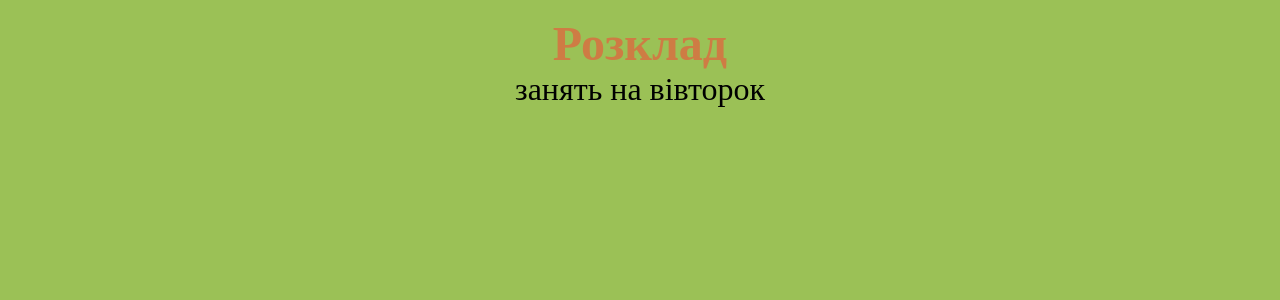
Repository: Undercat037/my-dotfiles
Page: my-files/VS-Code/index.html
An editor plug-in stored every save of this project. The page is shown before and after the next save, followed by the edit.
The browser window is 1280 px wide. The pictures show the whole page.

Above is the page before, as saved 2025-12-18 11:00:39.

### my-files/VS-Code/index.html
<!DOCTYPE html>
<html>
    <head>
        <title>Шкільний файл HTML</title>
    </head>

    <body bgcolor="#9BC156" >
        <p align="CENTER">
        <font color="#CE7C44" size="7"><b>Розклад</b></font><br>
        <font size="6">занять на вівторок</font>
        </p>

    </body>

</html>

After the next save:
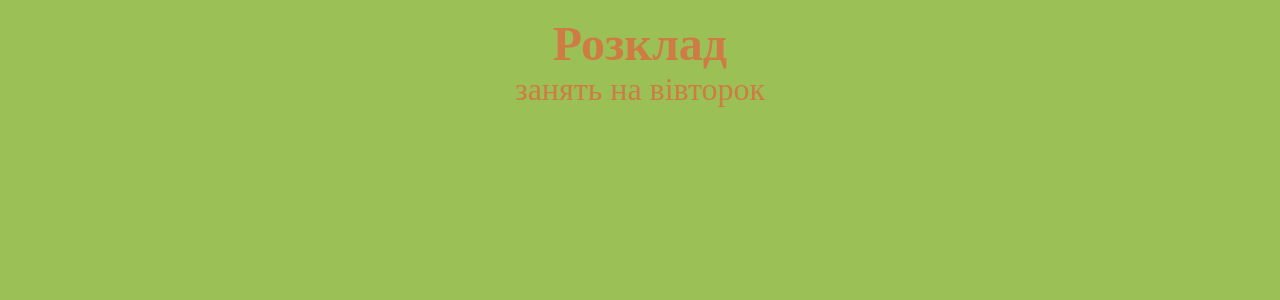
Saved 64 s later.
--- a/my-files/VS-Code/index.html
+++ b/my-files/VS-Code/index.html
@@ -4,7 +4,7 @@
         <title>Шкільний файл HTML</title>
     </head>
 
-    <body bgcolor="#9BC156" >
+    <body bgcolor="#9BC156" text="#CE7C44">
         <p align="CENTER">
         <font color="#CE7C44" size="7"><b>Розклад</b></font><br>
         <font size="6">занять на вівторок</font>
